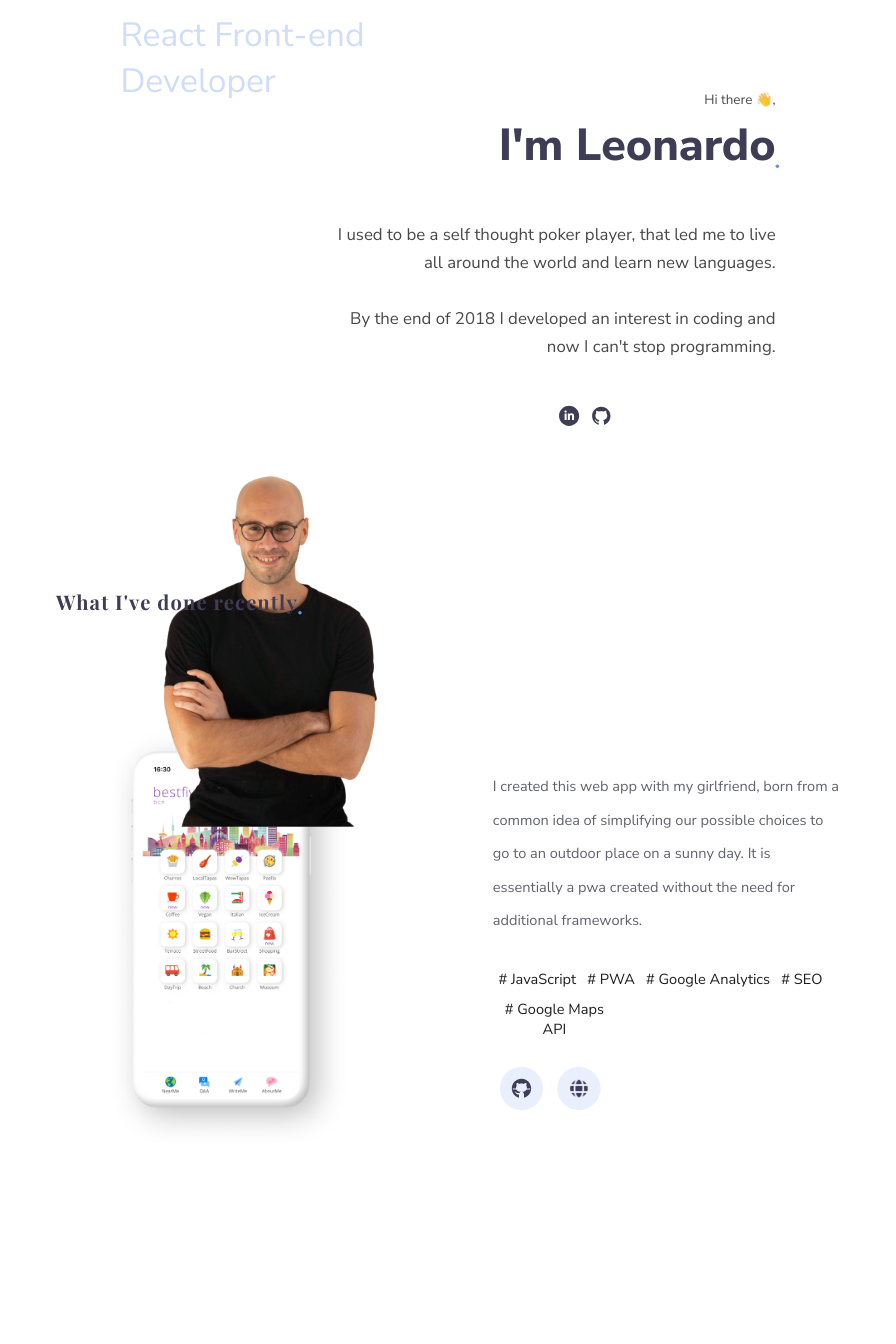
Repository: Easaaa/Portfolio-2020
Page: index.html
The author's editor kept a copy of each file at every save. The page is drawn from the files as they stood at one save, then again after the next save.
The browser window is 1280 px wide. The pictures show the part of the page from y = 0 to 1920 px (the page is 6588 px tall), at 70% of full size.
The style sheet was rebuilt from its Sass, Less or Tailwind sources for each picture, by a compiler version that may differ from the author's.

Above is the page before, as saved 2020-02-28 15:48:29.

### index.html
<!DOCTYPE html>
<html lang="en">
  <head>
    <meta charset="UTF-8" />
    <meta name="viewport" content="width=device-width, initial-scale=1.0" />
    <meta http-equiv="X-UA-Compatible" content="ie=edge" />
    <link rel="stylesheet" href="/stylesheets/css/main.css" />
    <title>leonardotononi.com</title>
  </head>
  <body>
    <header>
      <div class="actions">
        <div class="socials">
          <a target="_blank" href="https://www.linkedin.com/in/leonardo-tononi/"
            ><img src="/assets/linkedin-with-circle.svg" alt="linkedin icon"
          /></a>
          <a target="_blank" href="https://github.com/Easaaa"
            ><img src="/assets/github-filled.svg" alt="github icon"
          /></a>
        </div>
        <div class="resume-btn">
          <a href="#">Download Resume</a>
        </div>
      </div>

      <div class="content-header">
        <div class="text-header-col">
          <p class="sub-title">Hi there 👋,</p>
          <h1>
            I'm Leonardo
          </h1>
          <p class="about-title">
            I like learn <br />
            I’m indipendent <br />
            I’m courious
          </p>
          <p class="about-title-desktop">
            I used to be a self thought poker player, that led me to live all
            around the world and learn new languages. <br /><br />

            By the end of 2018 I developed an interest in coding and now I can't
            stop programming.
          </p>
          <div class="actions-desktop">
            <div class="socials">
              <a
                target="_blank"
                href="https://www.linkedin.com/in/leonardo-tononi/"
                ><img src="/assets/linkedin-with-circle.svg" alt="linkedin icon"
              /></a>
              <a target="_blank" href="https://github.com/Easaaa"
                ><img src="/assets/github-filled.svg" alt="github icon"
              /></a>
            </div>
            <div class="resume-btn">
              <a href="#">Download Resume</a>
            </div>
          </div>
          <h4>React Front-end Developer</h4>
        </div>
        <img
          src="/assets/leo-black.png"
          class="image-me-desktop"
          alt="leonardo photo"
        />
      </div>
    </header>
    <section class="works-section">
      <h2>
        What I've done recently
      </h2>
      <div class="work">
        <img src="/assets/bestfive.png" alt="iphone mockup" class="iphone" />
        <div class="work-details">
          <p>
            I created this web app with my girlfriend, born from a common idea
            of ​​simplifying our possible choices to go to an outdoor place on a
            sunny day. It is essentially a pwa created without the need for
            additional frameworks.
          </p>
          <ul class="lan-tag">
            <li># JavaScript</li>
            <li># PWA</li>
            <li># Google Analytics</li>
            <li># SEO</li>
            <li style="width: 11rem;"># Google Maps API</li>
          </ul>
          <div class="project-links">
            <a target="_blank" href="https://github.com/Easaaa/Bestfive-bcn"
              ><img src="/assets/github.svg" alt="git hub icon"
            /></a>
            <a target="_blank" href="https://bestfivebcn.com"
              ><img src="/assets/web.png" alt="world icon"
            /></a>
          </div>
        </div>
      </div>
      <div class="work odds">
        <img
          src="/assets/toureo-admin.png"
          alt="laptop mockup"
          class="desktop"
        />
        <div class="work-details">
          <p>
            After creating the first application and having hard coded the data,
            clearly not the smartest thing, I thought of creating an
            administration page from where I can create and manage the data from
            the database and then pull it from the mobile web app.
            <em
              >If you want have a look, write me an email, because you need the
              access.</em
            >
          </p>
          <ul class="lan-tag">
            <li># React.js</li>
            <li style="width: 10rem;"># Firebase Auth</li>
            <li># Firestore</li>
          </ul>
          <div class="project-links">
            <a
              target="_blank"
              href="https://github.com/Easaaa/admin-app-bestfive"
              ><img src="/assets/github.svg" alt="git hub icon"
            /></a>
            <a target="_blank" href="https://bestfivebcn.netlify.com/"
              ><img src="/assets/web.png" alt="world icon"
            /></a>
          </div>
        </div>
      </div>
      <div class="work">
        <img
          src="/assets/hotel-vittoria.png"
          alt="laptop mockup"
          class="desktop"
        />
        <div class="work-details">
          <p>
            This project with a italian hotel was my first approach to
            programming. In 2018 I made a web site with multilingual support
            with plain Html, css and JavaScript. On this
            <a target="_blank" href="https://vittoriahotel.eu">link</a> you can
            see the previous web and below you can see the new web app that is
            nearly ready to be deployed and so how my skills and tastes have
            evolved.
          </p>
          <ul class="lan-tag">
            <li># Gatsby.js</li>
            <li># Mobile View</li>
            <li># Booking.com API</li>
          </ul>
          <div class="project-links">
            <a
              target="_blank"
              href="https://github.com/Easaaa/hotel-vittoria-2020"
              ><img src="/assets/github.svg" alt="git hub icon"
            /></a>
            <a target="_blank" href="https://hotelvittoria.netlify.com/"
              ><img src="/assets/web.png" alt="world icon"
            /></a>
          </div>
        </div>
      </div>
      <div class="work odds">
        <img
          src="/assets/books-manager.png"
          alt="laptop mockup"
          class="desktop"
        />
        <div class="work-details">
          <p>
            This is a simple project made with react redux to test my
            understanding and the power of this stack.
          </p>
          <ul class="lan-tag">
            <li># React.js</li>
            <li># Redux</li>
            <li># Firebase Auth</li>
            <li># Google Books APIs</li>
          </ul>
          <div class="project-links">
            <a target="_blank" href="https://github.com/Easaaa/Book-manager"
              ><img src="/assets/github.svg" alt="git hub icon"
            /></a>
            <a target="_blank" href="https://books-manager.netlify.com/"
              ><img src="/assets/web.png" alt="world icon"
            /></a>
          </div>
        </div>
      </div>
      <h2>
        What I'm currently working on
      </h2>
      <div class="work">
        <img
          src="/assets/toureo-proto.png"
          alt="iphone mockup"
          class="iphone"
        />
        <div class="work-details">
          <p>
            I am recreating the first application (bestfive). The aim is to
            create the application with React Native, building more complex
            features, such as a more functional map, with filters and better
            interactions.
          </p>
          <ul class="lan-tag">
            <li># ReactNative</li>
            <li># Firebase</li>
          </ul>
          <div class="project-links"></div>
        </div>
      </div>
    </section>
    <section class="skill-section">
      <h2>
        Skills
      </h2>
      <ul class="skills">
        <li><img src="/assets/icon-skills/javascript.svg" alt="" /></li>
        <li><img src="/assets/icon-skills/react.svg" alt="" /></li>
        <li><img src="/assets/icon-skills/redux.svg" alt="" /></li>
        <li><img src="/assets/icon-skills/gatsby.svg" alt="" /></li>
        <li><img src="/assets/icon-skills/firebase.svg" alt="" /></li>
        <li><img src="/assets/icon-skills/sass.svg" alt="" /></li>
        <li><img src="/assets/icon-skills/html-5.svg" alt="" /></li>
        <li><img src="/assets/icon-skills/css-3.svg" alt="" /></li>
        <li><img src="/assets/icon-skills/logo-pwa.svg" alt="" /></li>
        <li><img src="/assets/icon-skills/figma.svg" alt="" /></li>
      </ul>
    </section>
    <footer>
      <h2>How to contact me</h2>
      <p>
        I am available for freelancer jobs and to work in your company. If you
        think I would be a good fit for you, send me an email.
      </p>
      <a href="mailto:leonardotononi@gmail.com" target="_top">
        <h5>leonardotononi@gmail.com</h5></a
      >
      <a href="/CV ENG - 02:2020.pdf" download>Download resume</a>
      <div class="social-links">
        <a target="_blank" href="https://www.linkedin.com/in/leonardo-tononi/"
          ><img src="/assets/linkedin-with-circle.svg" alt="linkedin icon"
        /></a>
        <a target="_blank" href="https://github.com/Easaaa"
          ><img src="/assets/github-filled.svg" alt="github icon"
        /></a>
      </div>
    </footer>
  </body>
</html>

### stylesheets/scss/main.scss
@import url("https://fonts.googleapis.com/css?family=Nunito+Sans:400,600,700,800&display=swap");
@import url("https://fonts.googleapis.com/css?family=Playfair+Display:500,700&display=swap");

* {
  padding: 0;
  margin: 0;
  box-sizing: border-box;
}

html {
  height: 100%;
  font-family: "Nunito Sans", sans-serif;
  -ms-text-size-adjust: 100%;
  -webkit-text-size-adjust: 100%;
}

body {
  width: 100%;
  height: 100%;
  -webkit-font-smoothing: antialiased;
  -moz-osx-font-smoothing: grayscale;
  font-size: 16px;
  display: block;
  min-width: 100%;
  margin-right: auto;
  margin-left: auto;
  float: right;
  clear: none;
  color: #1e1e1e;
  font-style: normal;
}

// GENERAL STYLE

ul li {
  list-style: none;
}

h2 {
  font-size: 1.8rem;
  color: #3f3d56;
  font-weight: 900;
  position: relative;
  font-family: "Playfair Display", serif;
  letter-spacing: 1.6px;

  &:after {
    content: "";
    width: 5px;
    height: 5px;
    background-color: #618ee9;
    border-radius: 50%;
    bottom: 0;
    position: absolute;
  }
}

a {
  cursor: pointer;
}

// HEADER

header {
  width: 100%;
  padding: 1rem 0 4rem 0;
  height: 90vh;

  .actions {
    padding: 0 1rem;
    width: 100%;
    display: flex;
    justify-content: space-between;

    img {
      margin: 0 5px;
      width: 30px;
    }

    .resume-btn {
      padding-top: 4px;

      a {
        background-color: #5687E8;
        padding: 5px 10px;
        border-radius: 10px;
        color: #fff;
        text-decoration: none;
        text-transform: uppercase;
        transition: background-color 150ms ease-in-out;

        &:hover {
          background-color: #4670c5;
        }
      }
    }
  }

  .content-header {
    padding: 3rem 0;
    border-radius: 5px;
    height: 450px;
    top: 50%;
    position: relative;
    margin-top: -225px;

    .sub-title {
      font-size: 1.2rem;
      padding: 0 2rem;
    }

  }

  h1 {
    color: #3f3d56;
    font-size: 2.5rem;
    text-align: end;
    font-weight: 900;
    padding: 0 2rem;
    position: relative;

    &:after {
      content: "";
      width: 5px;
      height: 5px;
      background-color: #618ee9;
      border-radius: 50%;
      bottom: 0.7rem;
      position: absolute;
    }
  }

  h4 {
    color: #3f3d56a1;
    padding: 1rem 2rem;
    font-size: 1.7rem;
    text-align: end;
    color: #618EE9;
  }

  p {
    color: #484848;
    text-align: end;
    font-weight: 400;
    font-size: 1.7rem;
    padding: 1rem 2rem;
    line-height: 2.5rem;
    margin: 0;
  }

  .socials-header {
    padding: 3rem 1rem 0rem 1rem;

    a img {
      width: 30px;
    }
  }



  .image-me-desktop,
  .image-me-mobile {
    max-width: 80%;
    margin: 0 auto -6px 20px;
    mix-blend-mode: normal;
  }

  .image-me-desktop {
    display: none;
  }
}

// WORKS

.works-section {
  max-width: 1400px;
  margin: 0 auto;
  padding: 1rem 2rem;

  img {
    width: 100%;
    margin: 0 auto;
    max-width: 450px;
    display: block;
    object-fit: cover;
    transition: transform 150ms ease-in;

    &:hover {
      transform: scale(1.05);
    }
  }

  .work {
    padding: 5rem 0;

    em {
      font-weight: 100;
    }

    .project-links {
      padding: 1rem 0;
      display: inline-flex;

      a {
        padding: 1rem;
        color: #fff;
        background-color: #618ee924;
        margin: 0 10px;
        border-radius: 50%;
      }

      img {
        width: 30px;
      }
    }
  }

  .iphone {
    width: 70%;
  }

  .desktop {
    max-width: 700px;
  }

  p {
    color: #61626d;
    padding: 1.3rem 0;
    line-height: 35px;
    font-size: 1.3rem;

    a {
      color: #5687e8;
    }
  }

  .lan-tag {
    padding: 1rem 0;
    display: flex;
    flex-wrap: wrap;
    justify-content: flex-start;

    li {
      padding: 0.5rem;
      font-size: 1.3rem;
      text-align: center;
      border-radius: 40px;
    }

    .js {
      background-color: #f7df1e;
    }

    .react {
      background-color: #00d8ff;
    }

    .firebase {
      background-color: #fcca3f;
    }

    .redux {
      background-color: #764abc;
    }

    .pwa {
      background-color: #a34a4a;
      color: #fff;
    }
  }
}

// SKILLS

.skill-section {
  padding: 5rem 2rem;

  h2 {
    margin-bottom: 2rem;
  }

  .skills {
    display: flex;
    flex-wrap: wrap;
    justify-content: space-evenly;

    li {
      width: 100px;
      text-align: center;
      padding: 1rem;

      img {
        width: 40px;
      }
    }
  }
}

// FOOTER

footer {
  padding: 2rem;

  h2 {
    margin-bottom: 2rem;
  }

  p {
    color: #61626d;
    text-align: start;
    font-weight: 400;
    line-height: 2.5rem;
    padding-bottom: 2rem;
    font-size: 1.3rem;
  }

  h5 {
    font-size: 1.2rem;
    font-weight: 400;
    color: #5687e8;
    padding-bottom: 2rem;
  }

  a {
    color: #5687e8;
  }

  .social-links {
    padding: 2rem 0;
    width: 100%;
    text-align: start;

    img {
      width: 30px;
      margin-right: 10px;
      color: #3f3d56;
    }

    a {
      text-decoration: none;
      color: #3f3d56;
    }
  }
}

@media only screen and (min-width: 700px) {
  body {
    font-size: 1.3rem;
  }

  header {
    max-width: 750px;
    margin: 0 auto;
  }

  .works-section {
    padding: 5rem;

    .odds:last-of-type {
      padding: 3rem 0;
    }

    .work {
      padding: 10rem 0;

      p {
        line-height: 3rem;
      }
    }

    .desktop {
      padding-bottom: 4rem;
    }
  }

  .skill-section {
    padding: 5rem 2rem;

    .skills li img {
      width: 50px;
    }
  }

  footer {
    padding: 12rem 0;
  }
}

@media only screen and (min-width: 1000px) {

  header {
    max-width: 1000px;

    .actions {
      display: none;
    }

    .actions-desktop {
      padding: 0 1rem;
      width: 100%;
      display: flex;
      justify-content: flex-end;

      img {
        margin: 0 5px;
        width: 30px;
      }

      .socials {
        padding-right: 10px;
      }

      .resume-btn {
        padding-top: 4px;

        a {
          background-color: #5687E8;
          padding: 5px 10px;
          border-radius: 10px;
          color: #fff;
          text-decoration: none;
          text-transform: uppercase;
          transition: background-color 150ms ease-in-out;

          &:hover {
            background-color: #4670c5;
          }
        }
      }
    }

    h1 {
      font-size: 4rem;
    }

    h4 {
      font-size: 3rem;
      opacity: 0.3;
      font-weight: 400;
      width: 600px;
      text-align: start;
      position: fixed;
      top: 0;
    }

    p {
      font-size: 1.5rem;
    }

    .about-title-desktop {
      padding: 4rem 2rem;
      margin-left: 300px;
    }

    .about-title {
      display: none;
    }

    .image-me-desktop {
      display: inline-block;
    }
  }


  .image-me-mobile {
    display: none;
  }



  .works-section {
    padding: 12rem 5rem;

    .work {
      display: grid;
      grid-template-columns: 1fr 1fr;
      grid-gap: 8rem;
      place-content: center;
      place-items: center;

      .lan-tag {
        justify-content: flex-start;
      }
    }

    .odds {
      img {
        order: 2;
      }

      p {
        text-align: end;
      }

      .lan-tag {
        justify-content: flex-end;
      }

      .project-links {
        justify-content: flex-end;
        width: 100%;
      }
    }
  }

  .skill-section {
    max-width: 1000px;
    background-color: #d7dce44a;
    margin: 0 auto;
  }

  footer {
    max-width: 1000px;
    margin: 0 auto;
  }
}

After the next save:
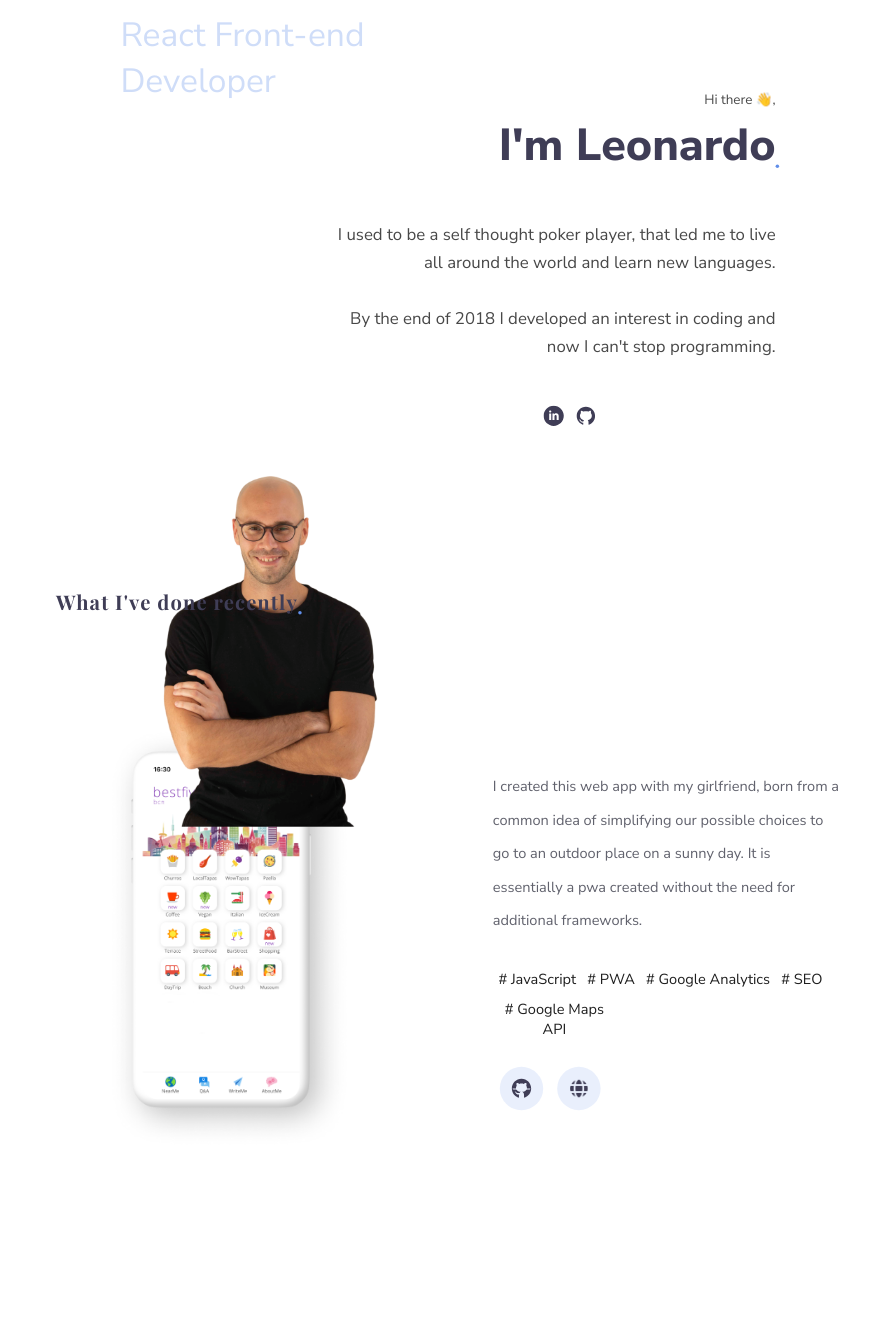
Saved 19 s later.
--- a/stylesheets/scss/main.scss
+++ b/stylesheets/scss/main.scss
@@ -407,7 +407,7 @@
       }
 
       .socials {
-        padding-right: 10px;
+        padding-right: 2rem;
       }
 
       .resume-btn {
